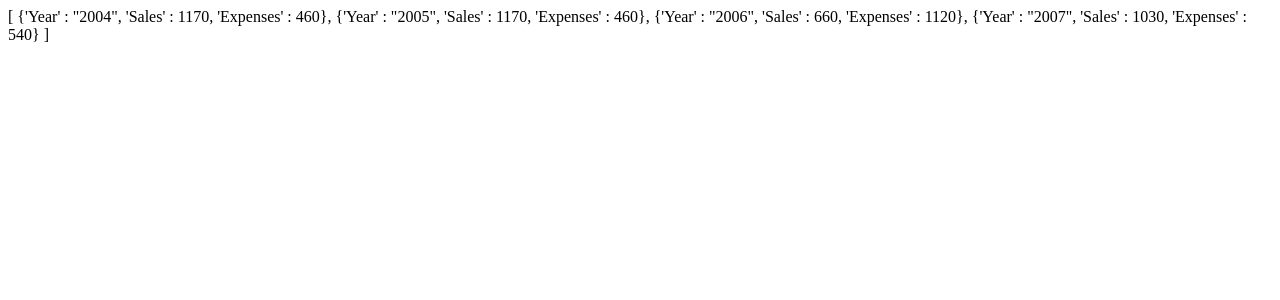
Repository: KYEONGWON-KIM/Project
Page: http://localhost/step02_axiosResponse/axiosPost.jsp
The author's editor kept a copy of each file at every save. The page is drawn from the files as they stood at one save, then again after the next save.
The browser window is 1280 px wide. The pictures show the whole page.
The page is served by Tomcat 9.

Above is the page before, as saved 2019-09-03 07:18:37.

### 04.JavaScript/step02_axiosResponse/WebContent/axiosPost.jsp
<%@ page language="java" contentType="text/html; charset=UTF-8"
    pageEncoding="UTF-8"%>
<% response.setHeader("Access-Control-Allow-Origin", "*"); %>
[
{'Year' : "2004", 'Sales' : 1170, 'Expenses' : 460},
{'Year' : "2005", 'Sales' : 1170, 'Expenses' : 460},
{'Year' : "2006", 'Sales' : 660, 'Expenses' : 1120},
{'Year' : "2007", 'Sales' : 1030, 'Expenses' : 540}
]

After the next save:
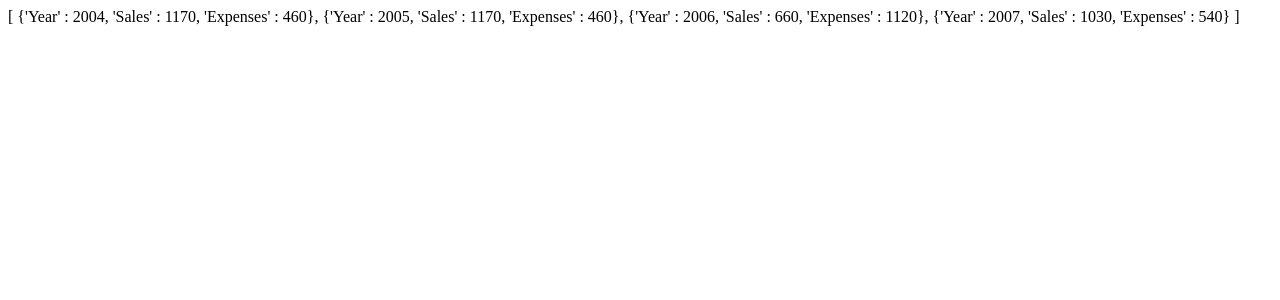
Saved 13 min 32 s later.
--- a/04.JavaScript/step02_axiosResponse/WebContent/axiosPost.jsp
+++ b/04.JavaScript/step02_axiosResponse/WebContent/axiosPost.jsp
@@ -2,8 +2,8 @@
     pageEncoding="UTF-8"%>
 <% response.setHeader("Access-Control-Allow-Origin", "*"); %>
 [
-{'Year' : "2004", 'Sales' : 1170, 'Expenses' : 460},
-{'Year' : "2005", 'Sales' : 1170, 'Expenses' : 460},
-{'Year' : "2006", 'Sales' : 660, 'Expenses' : 1120},
-{'Year' : "2007", 'Sales' : 1030, 'Expenses' : 540}
+{'Year' : 2004, 'Sales' : 1170, 'Expenses' : 460},
+{'Year' : 2005, 'Sales' : 1170, 'Expenses' : 460},
+{'Year' : 2006, 'Sales' : 660, 'Expenses' : 1120},
+{'Year' : 2007, 'Sales' : 1030, 'Expenses' : 540}
 ]
